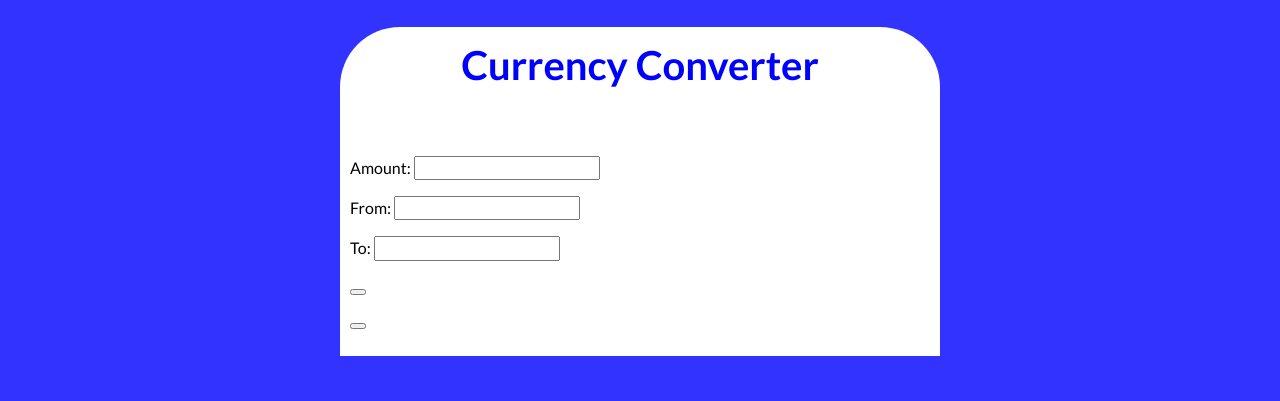
Repository: kkasperczyk/currency-converter
Page: index.html
An editor plug-in stored every save of this project. The page is shown before and after the next save, followed by the edit.
The browser window is 1280 px wide. The pictures show the whole page.

Above is the page before, as saved 2020-06-15 22:25:59.

After the next save:
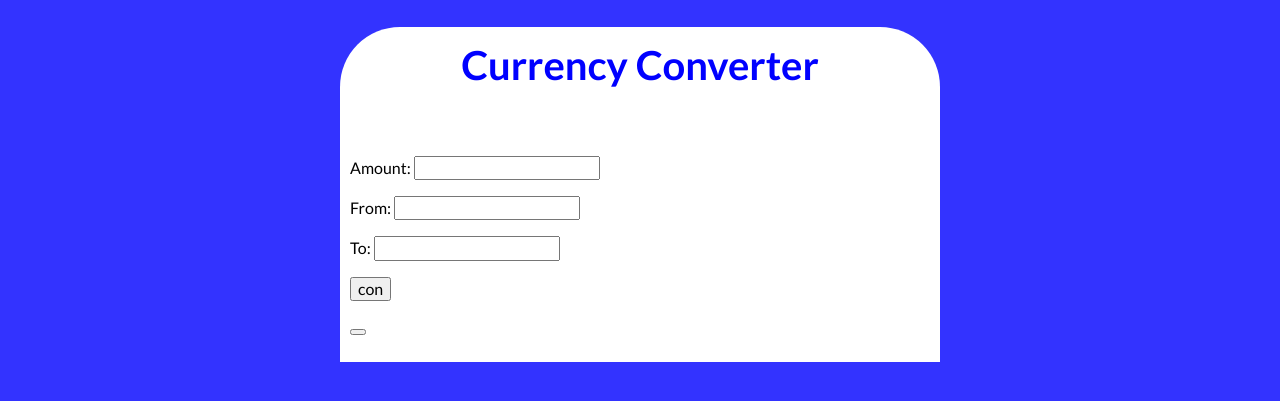
Saved 8 s later.
--- a/index.html
+++ b/index.html
@@ -42,7 +42,7 @@
                     </label>
                 </p>
                 <p>
-                    <button type="submit"></button>
+                    <button type="submit">con</button>
                 </p>
                 <p>
                     <button type="reset"></button>
